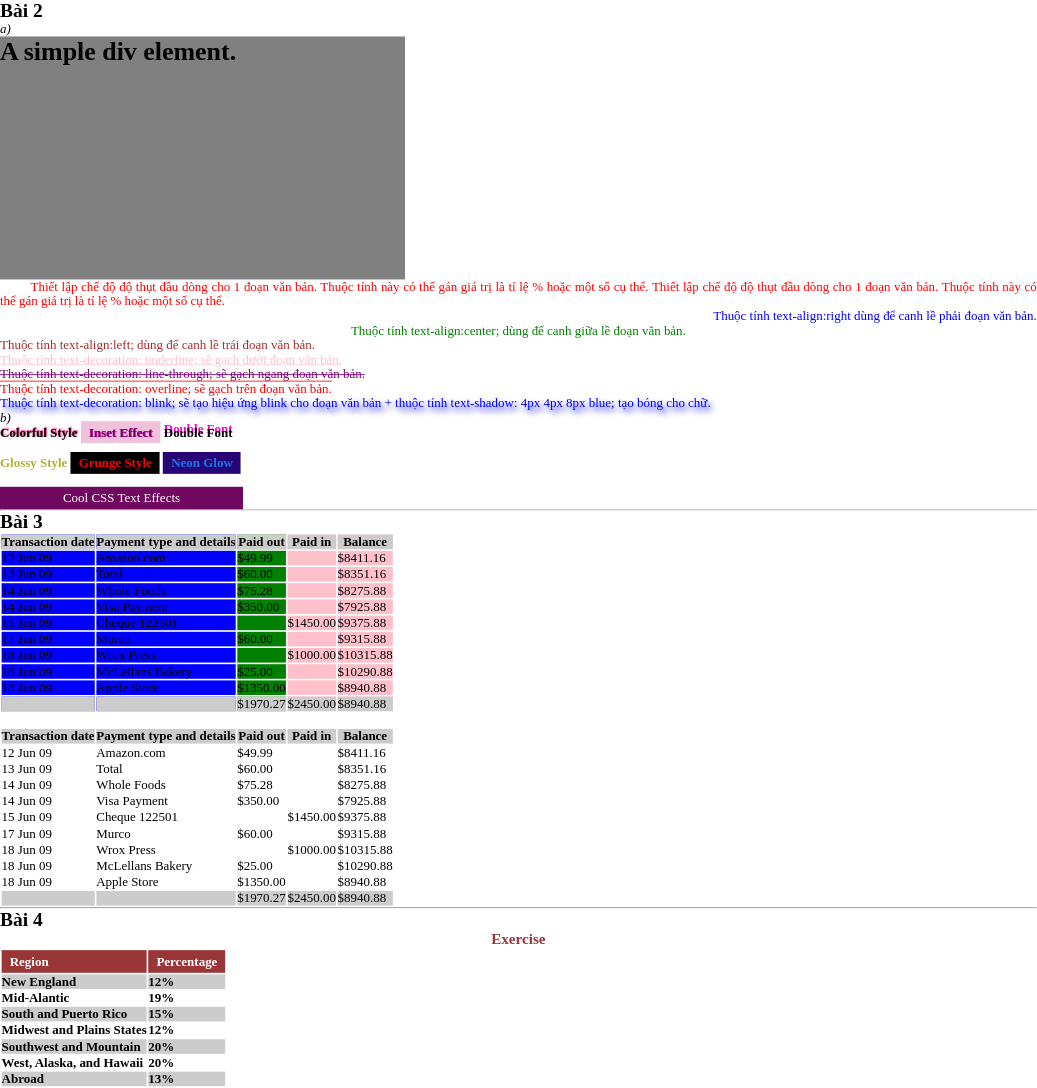
Repository: hoangnguyen1903/STT_21084321_NguyenHuyHoang_DHKHMT17B
Page: html/index.html
These files come from the project's save history. The page is drawn as it stood at one moment and after the next save; the edit follows.
The browser window is 1280 px wide. The pictures show the whole page, at 81% of full size.

Above is the page before, as saved 2023-03-02 14:41:07.

### html/index.html
<!DOCTYPE html>
<html lang="en">
  <head>
    <meta charset="UTF-8" />
    <meta http-equiv="X-UA-Compatible" content="IE=edge" />
    <meta name="viewport" content="width=device-width, initial-scale=1.0" />
    <title>CSS</title>

    <style>
      * {
        box-sizing: border-box;
        padding: 0;
        margin: 0;
      }
      #bai4 > table {
        font-family: "Trebuchet MS, Arial, Helvetica, sans-serif";
      }

      #bai4 > h3 {
        color: #993738;
        text-align: center;
      }

      #bai4 > table > thead {
        color: #fff;
        background-color: #993738;
        text-align: left;
      }

      #bai4 > table > tbody > tr:nth-child(odd) {
        color: black;
        background-color: #ccc;
        text-align: left;
      }
      #bai4 > table > tbody > tr:nth-child(even) {
        color: black;
        text-align: left;
      }

      #bai4 > table > thead > tr > th,
      #bai4 > table > tbody > tr > td {
        padding: 5px 10px;
      }
    </style>
  </head>
  <body>
    <h2><b>Bài 2</b></h2>
    <p><i>a)</i></p>
    <div
      id="container"
      style="width: 500px; height: 300px; background-color: gray"
    >
      <h1>A simple div element.</h1>
    </div>
    <p style="text-indent: 1cm; color: red; text-align: justify">
      Thiết lập chế độ độ thụt đầu dòng cho 1 đoạn văn bản. Thuộc tính này có
      thể gán giá trị là tỉ lệ % hoặc một số cụ thể. Thiết lập chế độ độ thụt
      đầu dòng cho 1 đoạn văn bản. Thuộc tính này có thể gán giá trị là tỉ lệ %
      hoặc một số cụ thể.
    </p>
    <p style="text-align: right; color: blue">
      Thuộc tính text-align:right dùng để canh lề phải đoạn văn bản.
    </p>
    <p style="text-align: center; color: green">
      Thuộc tính text-align:center; dùng để canh giữa lề đoạn văn bản.
    </p>
    <p style="text-align: left; color: brown">
      Thuộc tính text-align:left; dùng để canh lề trái đoạn văn bản.
    </p>
    <p style="text-decoration: underline; color: pink">
      Thuộc tính text-decoration: underline; sẽ gạch dưới đoạn văn bản.
    </p>
    <p style="text-decoration: line-through; color: purple">
      Thuộc tính text-decoration: line-through; sẽ gạch ngang đoạn văn bản.
    </p>
    <p style="text-decoration: overline; color: red">
      Thuộc tính text-decoration: overline; sẽ gạch trên đoạn văn bản.
    </p>
    <p
      style="
        text-decoration: blink;
        text-align: justify;
        color: blue;
        text-shadow: 4px 4px 8px blue;
      "
    >
      Thuộc tính text-decoration: blink; sẽ tạo hiệu ứng blink cho đoạn văn bản
      + thuộc tính text-shadow: 4px 4px 8px blue; tạo bóng cho chữ.
    </p>
    <p><i>b)</i></p>
    <div>
      <span
        style="
          color: black;
          font-weight: bold;
          text-shadow: 1px -1px 2px rgba(238, 12, 106, 0.986);
        "
        >Colorful Style</span
      >
      <span
        style="
          color: #70085f;
          background: #f1c0db;
          padding: 5px 10px;
          font-weight: bold;
          text-shadow: #eb0bc5 1px 1px 0;
        "
        >Inset Effect</span
      >
      <span style="text-shadow: 0px -5px 0 #eb0bc5; font-weight: bold"
        >Double Font</span
      >
    </div>
    <div style="margin-top: 20px">
      <span
        style="
          color: rgb(175, 175, 48);
          text-shadow: 4px 2px 2px #fff;
          font-weight: bold;
        "
        >Glossy Style</span
      >
      <span
        style="
          color: red;
          background-color: black;
          padding: 5px 10px;
          font-weight: bold;
        "
        >Grunge Style</span
      >
      <span
        style="
          color: rgb(20, 122, 238);
          background-color: rgb(39, 5, 119);
          padding: 5px 10px;
          font-weight: bold;
        "
        >Neon Glow</span
      >
    </div>
    <div
      style="
        color: #fff;
        background-color: #70085f;
        text-align: center;
        padding: 5px 10px;
        margin-top: 20px;
        width: 300px;
      "
    >
      Cool CSS Text Effects
    </div>
    <hr />
    <h2><b>Bài 3</b></h2>
    <table>
      <colgroup>
        <col span="6" style="background-color: blue" />
        <col span="6" style="background-color: blue" />
        <col span="2" style="background-color: green" />
        <col span="2" style="background-color: pink" />
        <col span="3" style="background-color: pink" />
      </colgroup>
      <tr style="background-color: #ccc">
        <th colspan="6">Transaction date</th>
        <th colspan="6">Payment type and details</th>
        <th colspan="2">Paid out</th>
        <th colspan="2">Paid in</th>
        <th colspan="3">Balance</th>
      </tr>

      <tr>
        <td colspan="6">12 Jun 09</td>
        <td colspan="6">Amazon.com</td>
        <td colspan="2">$49.99</td>
        <td colspan="2"></td>
        <td colspan="3">$8411.16</td>
      </tr>
      <tr>
        <td colspan="6">13 Jun 09</td>
        <td colspan="6">Total</td>
        <td colspan="2">$60.00</td>
        <td colspan="2"></td>
        <td colspan="3">$8351.16</td>
      </tr>
      <tr>
        <td colspan="6">14 Jun 09</td>
        <td colspan="6">Whole Foods</td>
        <td colspan="2">$75.28</td>
        <td colspan="2"></td>
        <td colspan="3">$8275.88</td>
      </tr>
      <tr>
        <td colspan="6">14 Jun 09</td>
        <td colspan="6">Visa Payment</td>
        <td colspan="2">$350.00</td>
        <td colspan="2"></td>
        <td colspan="3">$7925.88</td>
      </tr>
      <tr>
        <td colspan="6">15 Jun 09</td>
        <td colspan="6">Cheque 122501</td>
        <td colspan="2"></td>
        <td colspan="2">$1450.00</td>
        <td colspan="3">$9375.88</td>
      </tr>
      <tr>
        <td colspan="6">17 Jun 09</td>
        <td colspan="6">Murco</td>
        <td colspan="2">$60.00</td>
        <td colspan="2"></td>
        <td colspan="3">$9315.88</td>
      </tr>
      <tr>
        <td colspan="6">18 Jun 09</td>
        <td colspan="6">Wrox Press</td>
        <td colspan="2"></td>
        <td colspan="2">$1000.00</td>
        <td colspan="3">$10315.88</td>
      </tr>
      <tr>
        <td colspan="6">18 Jun 09</td>
        <td colspan="6">McLellans Bakery</td>
        <td colspan="2">$25.00</td>
        <td colspan="2"></td>
        <td colspan="3">$10290.88</td>
      </tr>
      <tr>
        <td colspan="6">18 Jun 09</td>
        <td colspan="6">Apple Store</td>
        <td colspan="2">$1350.00</td>
        <td colspan="2"></td>
        <td colspan="3">$8940.88</td>
      </tr>

      <tr style="background-color: #ccc">
        <td colspan="6"></td>
        <td colspan="6"></td>
        <td colspan="2">$1970.27</td>
        <td colspan="2">$2450.00</td>
        <td colspan="3">$8940.88</td>
      </tr>
    </table>
    <br />
    <table>
      <tr style="background-color: #ccc">
        <th colspan="6">Transaction date</th>
        <th colspan="6">Payment type and details</th>
        <th colspan="2">Paid out</th>
        <th colspan="2">Paid in</th>
        <th colspan="3">Balance</th>
      </tr>

      <tr>
        <td colspan="6">12 Jun 09</td>
        <td colspan="6">Amazon.com</td>
        <td colspan="2">$49.99</td>
        <td colspan="2"></td>
        <td colspan="3">$8411.16</td>
      </tr>
      <tr>
        <td colspan="6">13 Jun 09</td>
        <td colspan="6">Total</td>
        <td colspan="2">$60.00</td>
        <td colspan="2"></td>
        <td colspan="3">$8351.16</td>
      </tr>
      <tr>
        <td colspan="6">14 Jun 09</td>
        <td colspan="6">Whole Foods</td>
        <td colspan="2">$75.28</td>
        <td colspan="2"></td>
        <td colspan="3">$8275.88</td>
      </tr>
      <tr>
        <td colspan="6">14 Jun 09</td>
        <td colspan="6">Visa Payment</td>
        <td colspan="2">$350.00</td>
        <td colspan="2"></td>
        <td colspan="3">$7925.88</td>
      </tr>
      <tr>
        <td colspan="6">15 Jun 09</td>
        <td colspan="6">Cheque 122501</td>
        <td colspan="2"></td>
        <td colspan="2">$1450.00</td>
        <td colspan="3">$9375.88</td>
      </tr>
      <tr>
        <td colspan="6">17 Jun 09</td>
        <td colspan="6">Murco</td>
        <td colspan="2">$60.00</td>
        <td colspan="2"></td>
        <td colspan="3">$9315.88</td>
      </tr>
      <tr>
        <td colspan="6">18 Jun 09</td>
        <td colspan="6">Wrox Press</td>
        <td colspan="2"></td>
        <td colspan="2">$1000.00</td>
        <td colspan="3">$10315.88</td>
      </tr>
      <tr>
        <td colspan="6">18 Jun 09</td>
        <td colspan="6">McLellans Bakery</td>
        <td colspan="2">$25.00</td>
        <td colspan="2"></td>
        <td colspan="3">$10290.88</td>
      </tr>
      <tr>
        <td colspan="6">18 Jun 09</td>
        <td colspan="6">Apple Store</td>
        <td colspan="2">$1350.00</td>
        <td colspan="2"></td>
        <td colspan="3">$8940.88</td>
      </tr>

      <tr style="background-color: #ccc">
        <td colspan="6"></td>
        <td colspan="6"></td>
        <td colspan="2">$1970.27</td>
        <td colspan="2">$2450.00</td>
        <td colspan="3">$8940.88</td>
      </tr>
    </table>
    <hr />
    <h2><b>Bài 4</b></h2>
    <div id="bai4">
      <h3>Exercise</h3>
      <table>
        <thead>
          <tr>
            <th span="12">Region</th>
            <th span="8">Percentage</th>
          </tr>
        </thead>
        <tbody>
          <tr>
            <th span="12">New England</th>
            <th span="8">12%</th>
          </tr>
          <tr>
            <th span="12">Mid-Alantic</th>
            <th span="8">19%</th>
          </tr>
          <tr>
            <th span="12">South and Puerto Rico</th>
            <th span="8">15%</th>
          </tr>
          <tr>
            <th span="12">Midwest and Plains States</th>
            <th span="8">12%</th>
          </tr>
          <tr>
            <th span="12">Southwest and Mountain</th>
            <th span="8">20%</th>
          </tr>
          <tr>
            <th span="12">West, Alaska, and Hawaii</th>
            <th span="8">20%</th>
          </tr>
          <tr>
            <th span="12">Abroad</th>
            <th span="8">13%</th>
          </tr>
        </tbody>
      </table>
    </div>
  </body>
</html>

After the next save:
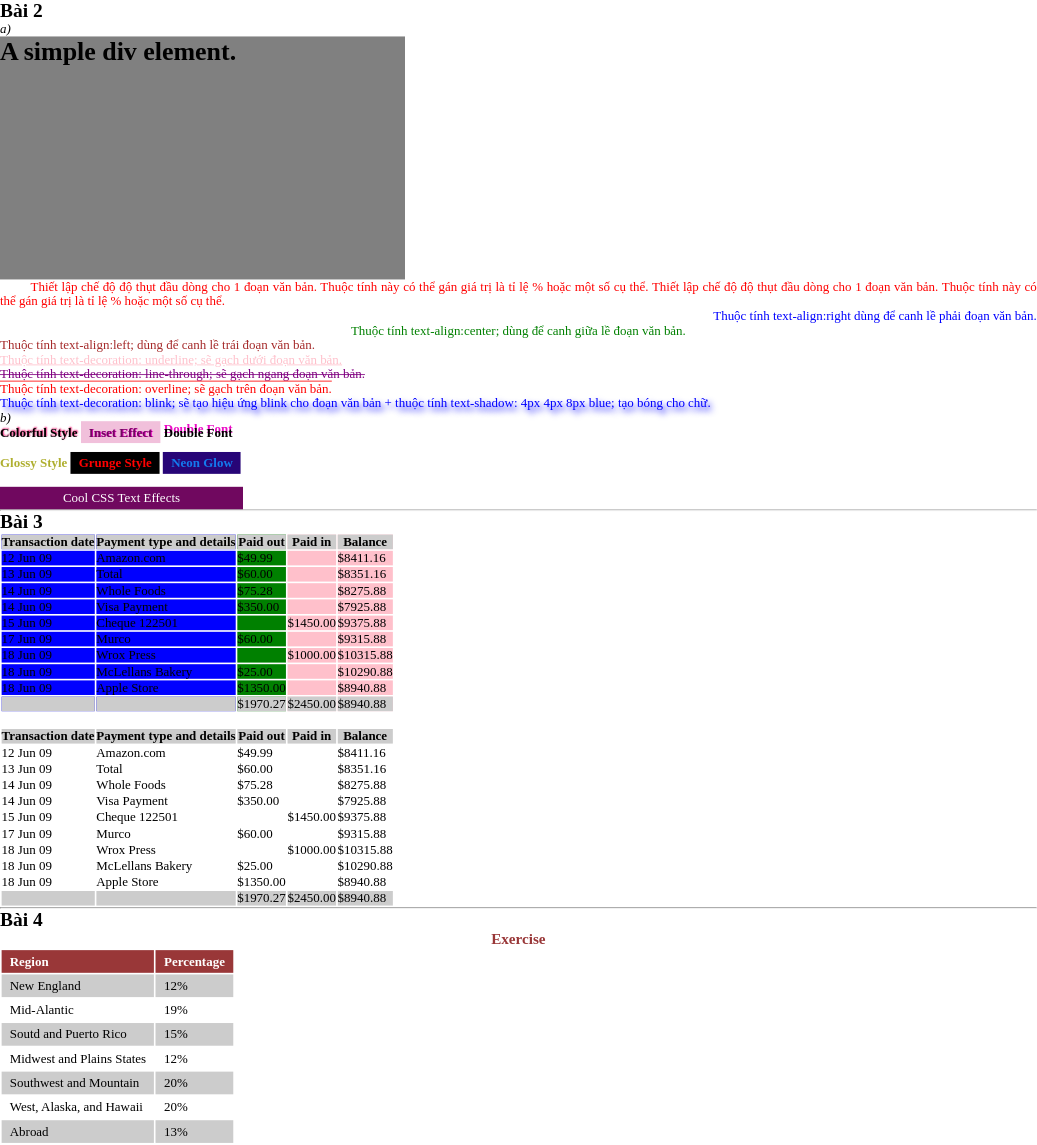
Saved 38 s later.
--- a/html/index.html
+++ b/html/index.html
@@ -336,32 +336,32 @@
         </thead>
         <tbody>
           <tr>
-            <th span="12">New England</th>
-            <th span="8">12%</th>
-          </tr>
-          <tr>
-            <th span="12">Mid-Alantic</th>
-            <th span="8">19%</th>
-          </tr>
-          <tr>
-            <th span="12">South and Puerto Rico</th>
-            <th span="8">15%</th>
-          </tr>
-          <tr>
-            <th span="12">Midwest and Plains States</th>
-            <th span="8">12%</th>
-          </tr>
-          <tr>
-            <th span="12">Southwest and Mountain</th>
-            <th span="8">20%</th>
-          </tr>
-          <tr>
-            <th span="12">West, Alaska, and Hawaii</th>
-            <th span="8">20%</th>
-          </tr>
-          <tr>
-            <th span="12">Abroad</th>
-            <th span="8">13%</th>
+            <td span="12">New England</td>
+            <td span="8">12%</td>
+          </tr>
+          <tr>
+            <td span="12">Mid-Alantic</td>
+            <td span="8">19%</td>
+          </tr>
+          <tr>
+            <td span="12">Soutd and Puerto Rico</td>
+            <td span="8">15%</td>
+          </tr>
+          <tr>
+            <td span="12">Midwest and Plains States</td>
+            <td span="8">12%</td>
+          </tr>
+          <tr>
+            <td span="12">Southwest and Mountain</td>
+            <td span="8">20%</td>
+          </tr>
+          <tr>
+            <td span="12">West, Alaska, and Hawaii</td>
+            <td span="8">20%</td>
+          </tr>
+          <tr>
+            <td span="12">Abroad</td>
+            <td span="8">13%</td>
           </tr>
         </tbody>
       </table>
